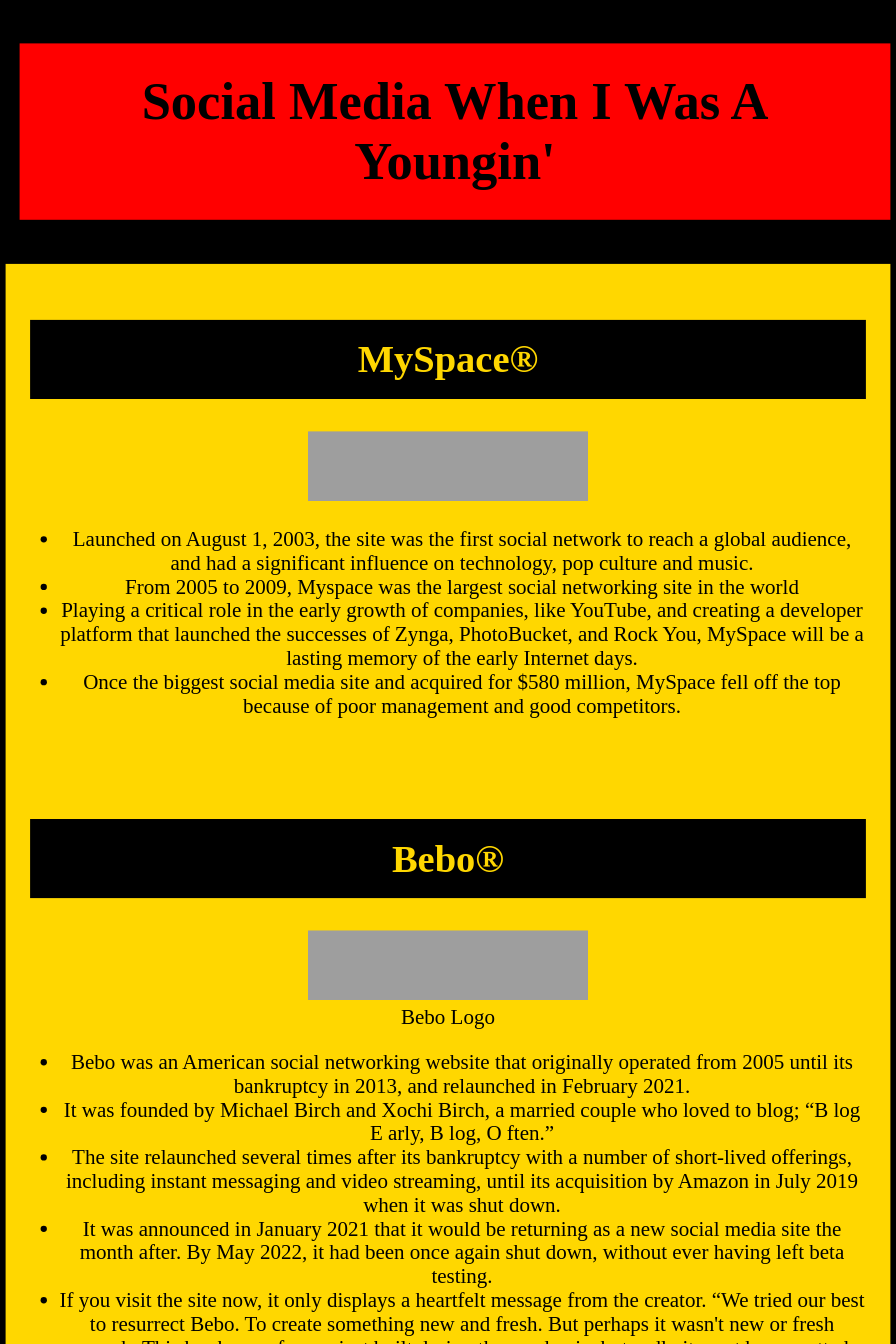
Repository: AndrewGrantt/LC101
Page: LC101/js-assignment-4-html-me-something-buffylow/index.html
The author's editor kept a copy of each file at every save. The page is drawn from the files as they stood at one save, then again after the next save.
The browser window is 1280 px wide. The pictures show the part of the page from y = 0 to 1920 px (the page is 3515 px tall), at 70% of full size.
Pictures or frames that could not be fetched are drawn as grey boxes.

Above is the page before, as saved 2022-07-17 23:15:52.

After the next save:
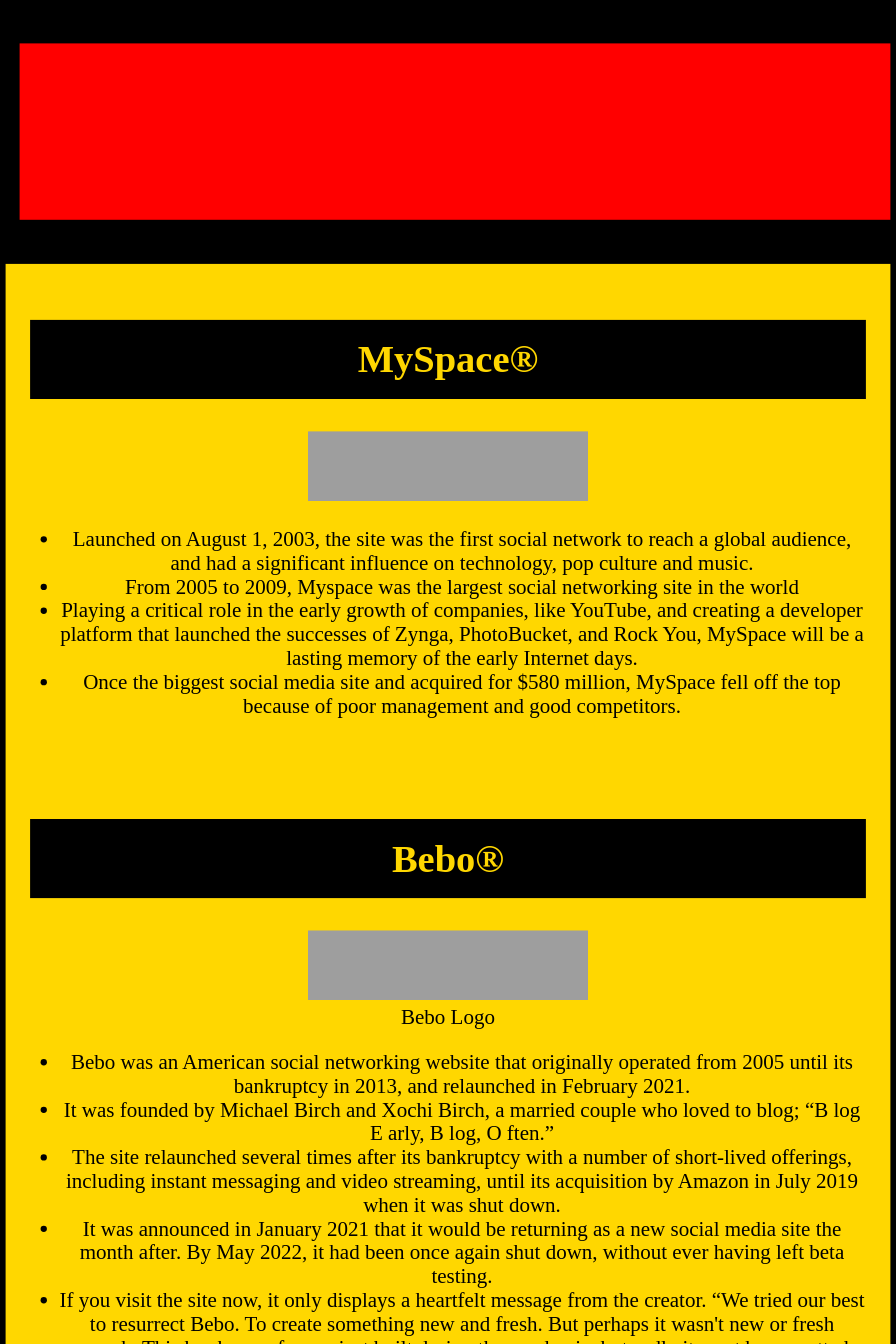
Saved 23 h 38 min later.
--- a/LC101/js-assignment-4-html-me-something-buffylow/index.html
+++ b/LC101/js-assignment-4-html-me-something-buffylow/index.html
@@ -4,9 +4,11 @@
 <link rel="stylesheet" href="styles.css">
 </head>
 <body>
+  <main>
 
 <article class="all-sites">
    <h1 id="mainHeader">Social Media When I Was A Youngin'</h1>
+
   <article class="sites">
 
     <h2 id="headcolor">MySpace&reg;</h2>
@@ -52,8 +54,8 @@
       Michael Birch</li>
    </ul>
    </p>
-      <h3> Why 'Bebo' is important to me?</h3>
-      <p class="funParagraph">
+      <h3 > Why 'Bebo' is important to me?</h3>
+      <p class="funParagraph" id="testP">
          When I was in Middle Shool, the most popular site to have a profile on was definitely Bebo. MySpace did reign supreme along side, but Bebo drew in more of the international crowd, specifically the UK.  Plus, MySpace had a song that would play when you entered a profile; Bebo had a profile video that would play and Widgets!
       </p>
   </article>
@@ -75,6 +77,7 @@
       </p>
   </article>
 </article>
+  </main>
 <footer id="foot" >
    I CAN'T FORGET ABOUT THE SITES THAT MADE US
 
--- a/LC101/js-assignment-4-html-me-something-buffylow/styles.css
+++ b/LC101/js-assignment-4-html-me-something-buffylow/styles.css
@@ -1,6 +1,8 @@
 
 body {
     background-color: black;
+    margin: 8px;
+    display: block;
   }
 
   h1 {
@@ -19,7 +21,7 @@
 
   #mainHeader {
     background-color: red;
-    color: black;
+    color: red;
     padding: 40px;
     text-align: center;}
 
